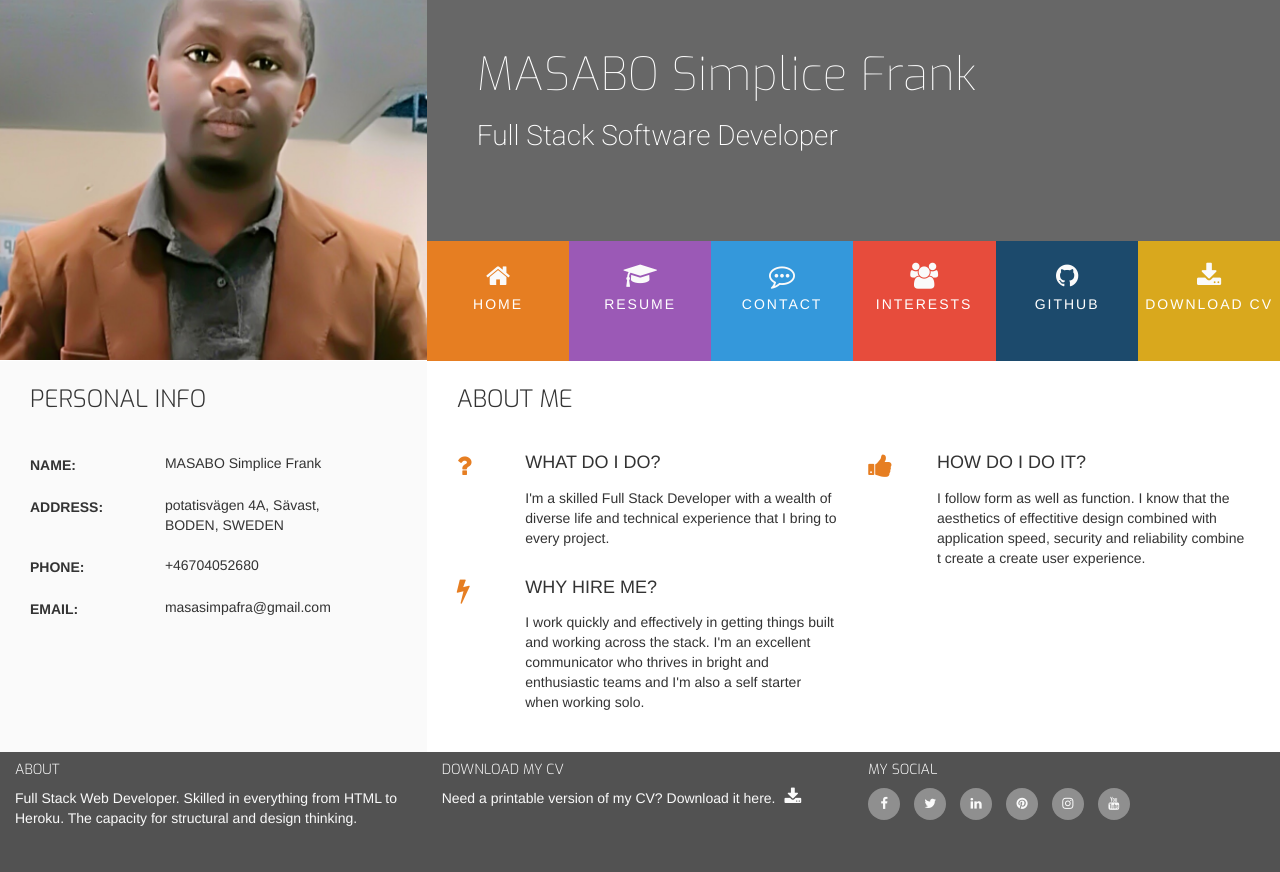
Repository: frankkode/who-is-frank
Page: index.html
The author's editor kept a record of every edit. The page is drawn from the files as they stood at one moment, then again after the next edit.
The browser window is 1280 px wide. The pictures show the whole page.
Some web libraries are served in a nearby version.

Above is the page before.

### index.html
<!DOCTYPE html>
<html>
    <head>
        <link rel="stylesheet" href="https://maxcdn.bootstrapcdn.com/bootstrap/3.3.7/css/bootstrap.min.css" type="text/css" />
        <link rel="stylesheet" href="https://maxcdn.bootstrapcdn.com/font-awesome/4.7.0/css/font-awesome.min.css" type="text/css" />
        <link rel="stylesheet" href="https://cdnjs.cloudflare.com/ajax/libs/hover.css/2.1.1/css/hover-min.css" type="text/css" />
        <link rel="stylesheet" href="assets/css/style.css" type="text/css" />
    </head>
    <body>
        <header class="container-fluid">
            <div class="row">
                <a href="index.html">
                    <div class="col-md-4 logo"></div>
                </a>
                <div class="col-md-8">
                    <div class="row bg-color-name-title">
                        <div class="heading">
                            <h1 class="name">MASABO Simplice Frank</h1>
                            <h2 class="title">Full Stack Software Developer</h2>
                        </div>
                    </div>

                     <div class="row">
                    <ul id="nav" class="list-inline clearfix">
                        <li class="col-xs-6 col-sm-2 ui-menu-color-home menuitem">
                            <a href="index.html" class="hvr-sweep-to-bottom"><i class="fa fa-home" aria-hidden="true"></i><span>Home</span></a>
                        </li>
                        <li class="col-xs-6 col-sm-2 ui-menu-color-resume menuitem">
                            <a href="resume.html" class="hvr-sweep-to-bottom"><i class="fa fa-graduation-cap" aria-hidden="true"></i><span>Resume</span></a>
                        </li>
                        <li class="col-xs-6 col-sm-2 ui-menu-color-contact menuitem">
                            <a href="contact.html" class="hvr-sweep-to-bottom"><i class=" fa fa-commenting-o" aria-hidden="true"></i><span>Contact</span></a>
                        </li>
                        <li class="col-xs-6 col-sm-2 ui-menu-color-interests menuitem">
                            <a href="interests.html" class="hvr-sweep-to-bottom"><i class="fa fa-users" aria-hidden="true"></i><span>Interests</span></a>
                        </li>
                        <li class="col-xs-6 col-sm-2 ui-menu-color-github menuitem">
                            <a href="github.html" class="hvr-sweep-to-bottom"><i class="fa fa-github" aria-hidden="true"></i><span>GitHub</span></a>
                        </li>
                        <li class="col-xs-6 col-sm-2 ui-menu-color-download menuitem">
                            <a href="assets/cv/sample-cv.pdf" target="_blank" class="hvr-sweep-to-bottom"><i class="fa fa-download" aria-hidden="true"></i><span>Download CV</span></a>
                        </li>
                    </ul>
                </div>










                </div>
            </div>
        </header>
        <section class="container-fluid">
            <div class="row row-table">
                <div class="col-xs-12 col-sm-12 col-md-4 bg-color-personal-info section-column">
                    <div class="row">
                        <div class="col-md-12">

                           <h3 class="section-heading uppercase">Personal Info </h3>
                        </div>
                    </div>
                    <div class="personal-info-item">
                        <div class="key">
                            <p class="uppercase">Name:</p>
                        </div>
                        <div class="value">
                            <p>MASABO Simplice Frank</p>
                        </div>
                    </div>
                    <div class="personal-info-item">
                        <div class="key">
                            <p class="uppercase">Address:</p>
                        </div>
                        <div class="value">
                            <p>potatisv&auml;gen 4A, S&auml;vast, BODEN, SWEDEN</p>
                        </div>
                    </div>
                    <div class="personal-info-item">
                        <div class="key">
                            <p class="uppercase">Phone:</p>
                        </div>
                        <div class="value">
                            <p>+46704052680</p>
                        </div>
                    </div>
                    <div class="personal-info-item">
                        <div class="key">
                            <p class="uppercase">Email:</p>
                        </div>
                        <div class="value">
                            <p>masasimpafra@gmail.com</p>
                        </div>
                    </div>
                </div>
                <div class="col-xs-12 col-sm-12 col-md-8 bg-color-three-reasons section-column">
                    <div class="row">
                        <div class="col-md-12">
                            <h3 class="section-heading uppercase">About me</h3>
                        </div>
                    </div>
                    <div class="row">
                        <div class="col-xs-10 col-xs-offset-1 col-sm-offset-0 col-sm-4 col-md-6">
                            <div class="row">
                                <div class="col-xs-2 col-sm-2 col-md-2">
                                    <i class="three-reasons-icons fa fa-question" aria-hidden="true"></i>
                                </div>
                                <div class="col-xs-10 col-sm-10">
                                    <h4 class="three-reasons-heading uppercase">What do I do?</h4>
                                    <p>
                                        I'm a skilled Full Stack Developer with a wealth of diverse
                                        life and technical experience that I bring to every project.
                                    </p>
                                </div>
                            </div>
                        </div>
                        <div class="col-xs-10 col-xs-offset-1 col-sm-offset-0 col-sm-4 col-md-6">
                                <div class="row">
                                    <div class="col-xs-2 col-sm-2 col-md-2">
                                        <i class="three-reasons-icons fa fa-thumbs-up" aria-hidden="true"></i>
                                    </div>
                                    <div class="col-xs-10 col-sm-10">
                                        <h4 class="three-reasons-heading uppercase">How do I do it?</h4>
                                        <p>
                                            I follow form as well as function.
                                            I know that the aesthetics of effectitive design combined with application speed,
                                            security and reliability combine t create a create user experience.
                                        </p>
                                    </div>
                                </div>
                            </div>
                        <div class="col-xs-10 col-xs-offset-1 col-sm-offset-0 col-sm-4 col-md-6">
                            <div class="row">
                                <div class="col-xs-2 col-sm-2 col-md-2">
                                    <i class="three-reasons-icons fa fa-bolt" aria-hidden="true"></i>
                                </div>
                                <div class="col-xs-10 col-sm-10">
                                    <h4 class="three-reasons-heading uppercase">Why hire me?</h4>
                                    <p>
                                        I work quickly and effectively in getting things built and working across the stack.
                                        I'm an excellent communicator who thrives in bright and enthusiastic teams and I'm
                                        also a self starter when working solo.
                                    </p>
                                </div>
                            </div>
                        </div>
                    </div>
                </div>
            </div>
        </section>
        <footer class="container-fluid">
            <div class="row">
                <div class="col-sm-4">
                    <h5 class="uppercase general-sub">About</h5>
                    <p class="inline-block">
                        Full Stack Web Developer. Skilled in everything from HTML to Heroku.
                        The capacity for structural and design thinking.
                    </p>
                </div>
                <div class="col-sm-4">
                    <h5 class="uppercase general-sub">Download My CV</h5>
                    <p class="inline-block">
                        Need a printable version of my CV? Download it here.
                        <a href="#" class="cv-pdf"><i class="fa fa-download" aria-hidden="true"></i></a>
                    </p>
                </div>
                <div class="col-sm-4">
                    <h5 class="uppercase general-sub">My Social</h5>
                    <ul class="list-inline social-links">
                        <li><a target="_blank" href="#"><i class="fa fa-facebook"></i></a></li>
                        <li><a target="_blank" href="#"><i class="fa fa-twitter"></i></a></li>
                        <li><a target="_blank" href="#"><i class="fa fa-linkedin"></i></a></li>
                        <li><a target="_blank" href="#"><i class="fa fa-pinterest"></i></a></li>
                        <li><a target="_blank" href="#"><i class="fa fa-instagram"></i></a></li>
                        <li><a target="_blank" href="#"><i class="fa fa-youtube"></i></a></li>
                    </ul>
                </div>
            </div>
        </footer>
    </body>
</html>

### assets/css/style.css
@import url('https://fonts.googleapis.com/css?family=Roboto:100,200,300,400,500,600,700|Exo:100,200,300,400,500,600,700');

/*--------------------------------------------Colors*/

.bg-color-name-title {
    background-color: #676767;
}

.bg-color-three-reasons {
    background-color: #ffffff;
}

.ui-menu-color-home {
    background-color: #e67e22;
}
.ui-menu-color-resume {
    background-color: #9b59b6;
}
.ui-menu-color-contact {
    background-color: #3498db;
}
.ui-menu-color-download {
    background-color: #d9a81d;
}
.ui-menu-color-github {
    background-color: #1c4a6c;
}
.ui-menu-color-interests {
    background-color: #e74c3c;
}


.bg-color-personal-info {
    background-color: #fafafa;
}

.bg-color-work-history {
    background-color: #9b59b6;
}

/*--------------------------------------------Special Paddings/Margins/Text*/

h1,
h2,
h3,
h4 {
    margin: 0;
}

.uppercase {
    text-transform: uppercase;
}

.general-sub {
    font-family: "Exo", sans-serif;
    font-weight: 300;
    color: #fafafa;
}

.inline-block {
    display: inline-block;
}

.row-table {
    display: table;
}

.section-heading {
    font-family: "Exo", sans-serif;
    font-weight: 300;
    margin-top: 25px;
    margin-bottom: 40px;
}
/*--------------------------------------------Heading*/

header {
    margin: 0;
}

.heading {
    margin-left: 50px;
}

.logo {
    background: url("../images/frank.png");
    background-position: center;
    background-repeat: no-repeat;
    background-size: cover;
    min-height: 360px;
    transition: all .5s ease-in-out;
    -moz-transition: all .5s ease-in-out;
    -webkit-transition: all .5s ease-in-out;
}

.name {
    font-family: "Exo", sans-serif;
    font-weight: 100;
    font-size: 46px;
    margin-top: 50px;
    color: #ffffff;
}

.title {
    font-family: "Roboto", sans-serif;
    font-weight: 200;
    font-size: 28px;
    margin-top: 20px;
    margin-bottom: 90px;
    color: #ffffff;
}

#nav {
    margin: 0;
}

#nav li {
    padding: 0;
}

.menuitem {
    height: 120px;
    text-align: center;
    padding: 0;
}

.menuitem a {
    width: 100%;
    text-decoration: none;
    color: #ffffff;
    height: 120px;
}

.menuitem a i {
    padding-top: 22px;
    display: block;
    color: #fafafa;
    font-size: 26px;
}

.menuitem span {
    display: block;
    width: 100%;
    padding-top: 5px;
    text-align: center;
    text-transform: uppercase;
    font-size: 14px;
    font-weight: 300;
    letter-spacing: 2px;
}

/*--------------------------------------------Hover.css*/

.hvr-sweep-to-bottom:before {
    background: rgba(0, 0, 0, 0.2);
    height: 120px;
}

/*--------------------------------------------Footer*/
footer {
    background-color: #525252;
    color: #fafafa;
    min-height: 120px;
    margin: 0;
}

footer .cv-pdf i {
    color: #fafafa;
    text-align: center;
    font-size: 18px;
    padding-left: 5px;
}

footer .cv-pdf i:hover {
    color: #e84610;
    transition: all 0.35s ease-in-out;
    -moz-transition: all 0.35s ease-in-out;
    -webkit-transition: all 0.35s ease-in-out;
    -o-transition: all 0.35s ease-in-out;
}

.social-links {
    padding-bottom: 15px;
}

.social-links li a i {
    width: 32px;
    height: 32px;
    padding: 12px 0;
    border-radius: 50%;
    font-size: 13px;
    line-height: 7px;
    text-align: center;
    color: #fafafa;
    background: #8f8f8f;
    transition: all 0.35s ease-in-out;
    -moz-transition: all 0.35s ease-in-out;
    -webkit-transition: all 0.35s ease-in-out;
    -o-transition: all 0.35s ease-in-out;
}

.social-links li a i:hover {
    background: #e84610;
}

#footer-details {
    margin: 20px;
}

/*--------------------------------------------Three Reasons*/

.three-reasons-icons {
    font-size: 26px;
    color: #e67e22
}




.three-reasons-heading {
    margin-bottom: 15px;
}


/*--------------------------------------------Personal Info*/

.personal-info-item {
    margin-bottom: 20px;
    display: block;
    clear: both;
}

.personal-info-item .key,
.personal-info-item .value {
    padding-right: 8px;
}

.personal-info-item .key p,
.personal-info-item .value p {
    margin: 0;
}

.personal-info-item .key {
    display: inline-block;
    width: 30%;
    margin-right: 21px;
    padding-top: 2px;
    vertical-align: top;
}

.personal-info-item .key p {
    font-weight: 700;
}

.personal-info-item .value {
    display: inline-block;
    position: relative;
    width: 60%;
}

/*--------------------------------------------Skills*/

.progress {
    position: relative;
    height: 25px;
}

.progress-type {
    position: absolute;
    left: 0px;
    font-weight: 400;
    padding: 3px 30px 2px 10px;
    color: #fafafa;
    background-color: rgba(25, 25, 25, 0.2);
}

.progress-section {
    margin: 40px 20px;
}

/*--------------------------------------------Work History*/
.timeline-item {
    padding: 4em 2em 0em 2em;
    position: relative;
    color: #fafafa;
    border-left: 1px solid;
}

.timeline-item p {
    padding: 0;
    margin: 0;
}

.timeline-item::before {
    content: attr(dates);
    position: absolute;
    left: 2.5em;
    top: 3em;
    display: block;
    font-family: "Exo", sans-serif;
    font-weight: 500;
    font-size: .8em;
    padding: 0;
    margin: 0;
}

.timeline-item::after {
    width: 12px;
    height: 12px;
    display: block;
    top: 2.4em;
    position: absolute;
    left: -6px;
    border-radius: 12px;
    content: '';
    background: #fafafa;
}

.history-heading {
    color: #fafafa;
    margin-bottom: 50px;
}

.history-items {
    margin-bottom: 30px;
}

/*--------------------------------------------Contact*/

.contact-heading {
    font-family: "Exo", sans-serif;
    font-weight: 300;
    margin-top: 25px;
    margin-bottom: 20px;
}


.center-form {
    padding-top: 10px;
    margin: 0 auto;
    max-width: 70%;
}

button[type="submit"] {
    margin-top: 15px;
    margin-bottom: 20px;
    background-color: #e84610;
    color: #fafafa;
}

/*--------------------------------------------Media Queries*/

@media(min-width: 992px) {
    .section-column {
        padding: 0 30px 30px;
        float: none;
        display: table-cell;
    }

    .center-form {
        padding-top: 30px;
        min-height: 240px;
        margin: 0 auto;
        max-width: 50%;
    }
}
div#map {min-height: 360px;}

After the next edit:
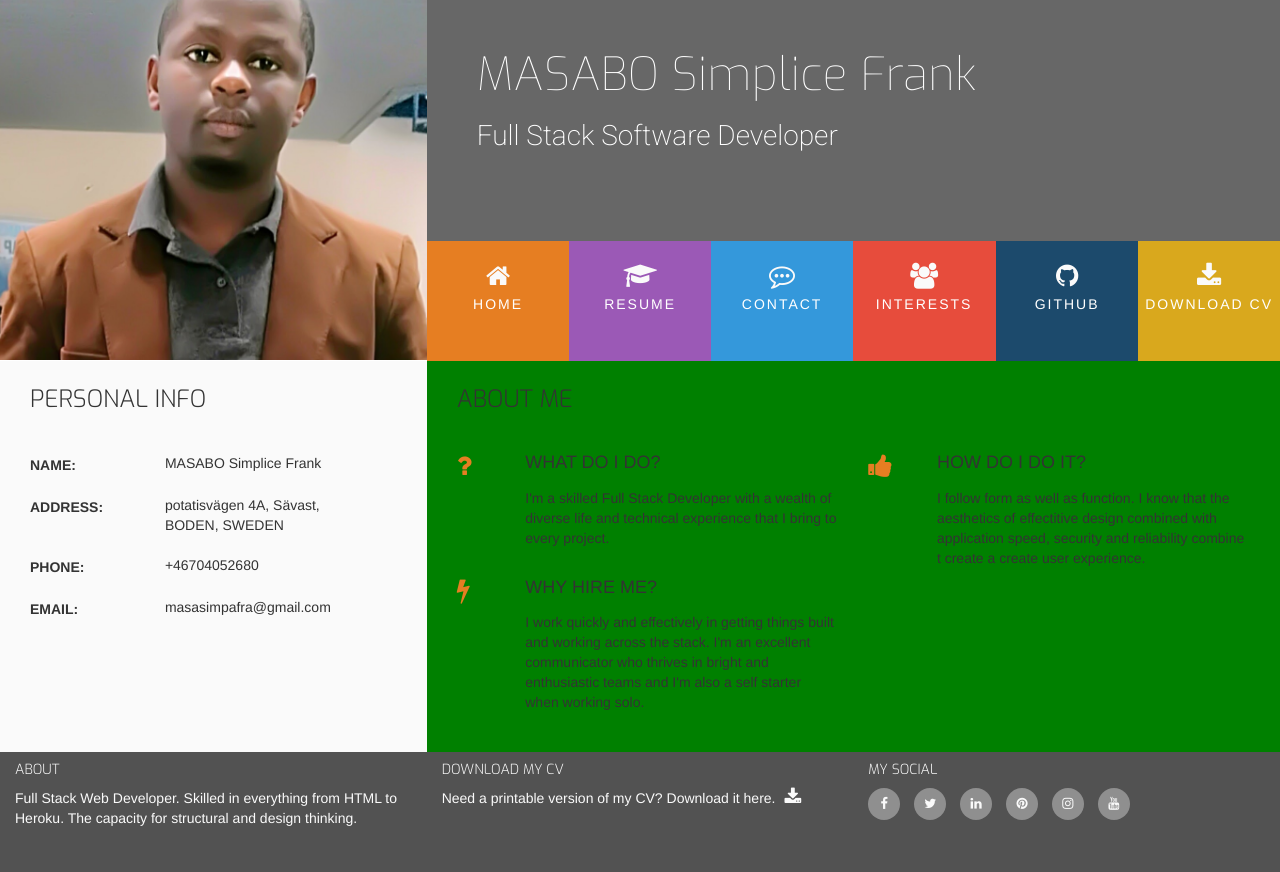
The edit:
--- a/assets/css/style.css
+++ b/assets/css/style.css
@@ -7,7 +7,7 @@
 }
 
 .bg-color-three-reasons {
-    background-color: #ffffff;
+    background-color: green;
 }
 
 .ui-menu-color-home {
